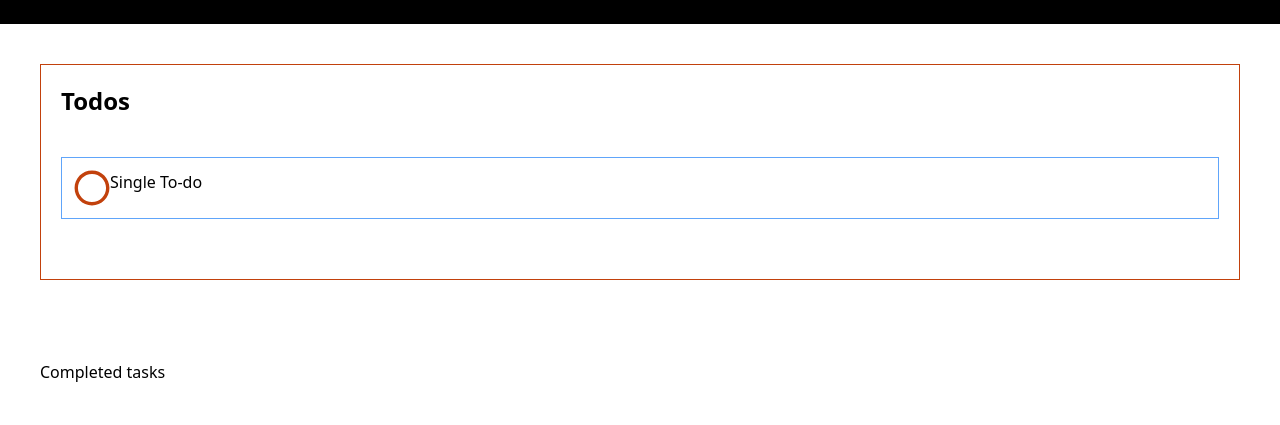
Repository: thekingisherenow/personalTodo
Page: /
The author's editor kept a copy of each file at every save. The page is drawn from the files as they stood at one save, then again after the next save.
The browser window is 1280 px wide. The pictures show the whole page.
The project was rebuilt for these pictures with package versions that can differ from the ones it lists, and the page was loaded fresh each time. The framework's server and built-in components were replaced by stand-ins that run in the browser. Also part of the build but not shown: next.config.js, styles/Home.module.css.

Above is the page before, as saved 2022-12-15 15:11:43.

After the next save:
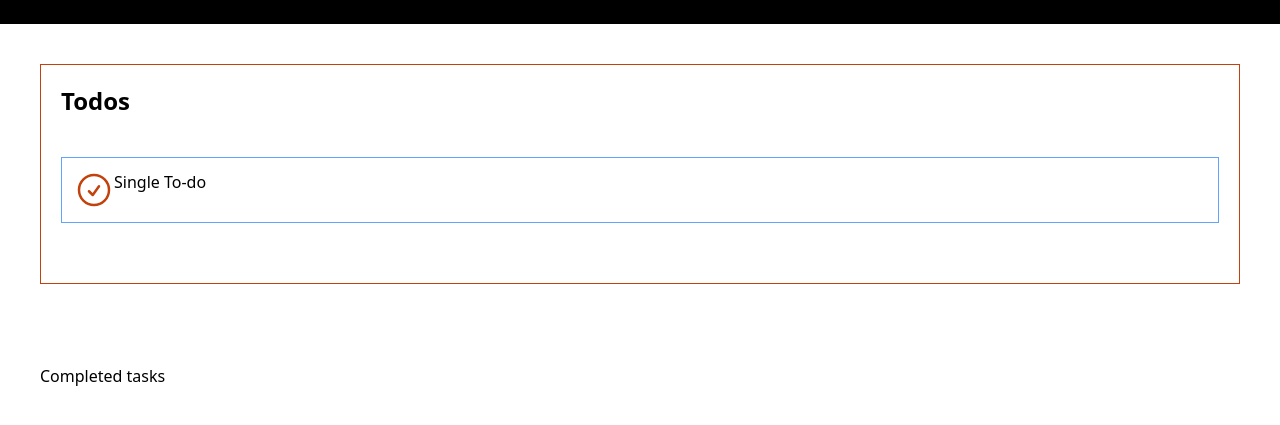
Saved 8 s later.
--- a/components/Todo.js
+++ b/components/Todo.js
@@ -3,7 +3,7 @@
 import { FaRegCircle } from 'react-icons/fa';
 
 function Todo() {
-    const value = false ;
+    const value = true ;
 
   return (
     <div className='border border-blue-400 p-3 my-10 flex'>

After the save that followed:
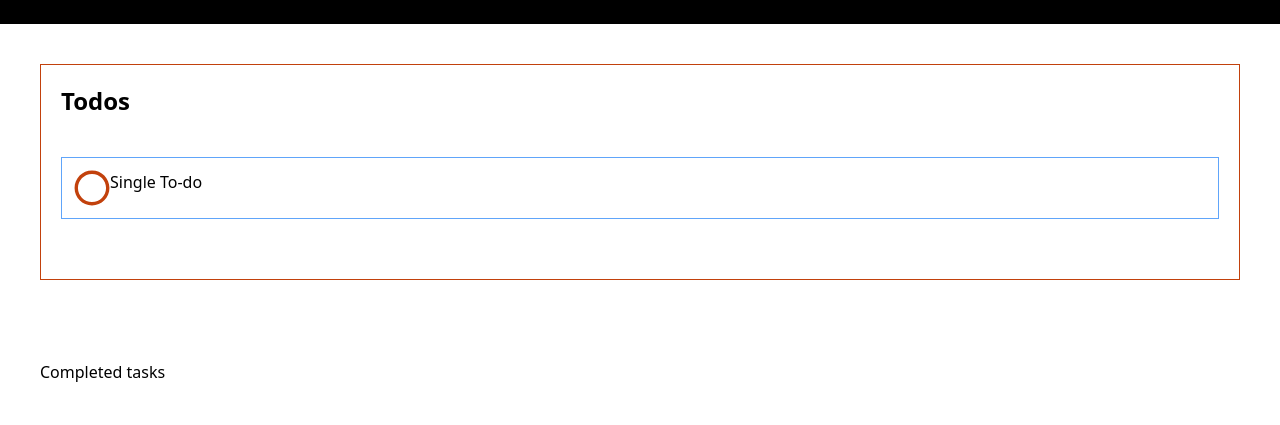
Saved 10 s later.
--- a/components/Todo.js
+++ b/components/Todo.js
@@ -3,7 +3,7 @@
 import { FaRegCircle } from 'react-icons/fa';
 
 function Todo() {
-    const value = true ;
+    const value = false ;
 
   return (
     <div className='border border-blue-400 p-3 my-10 flex'>
